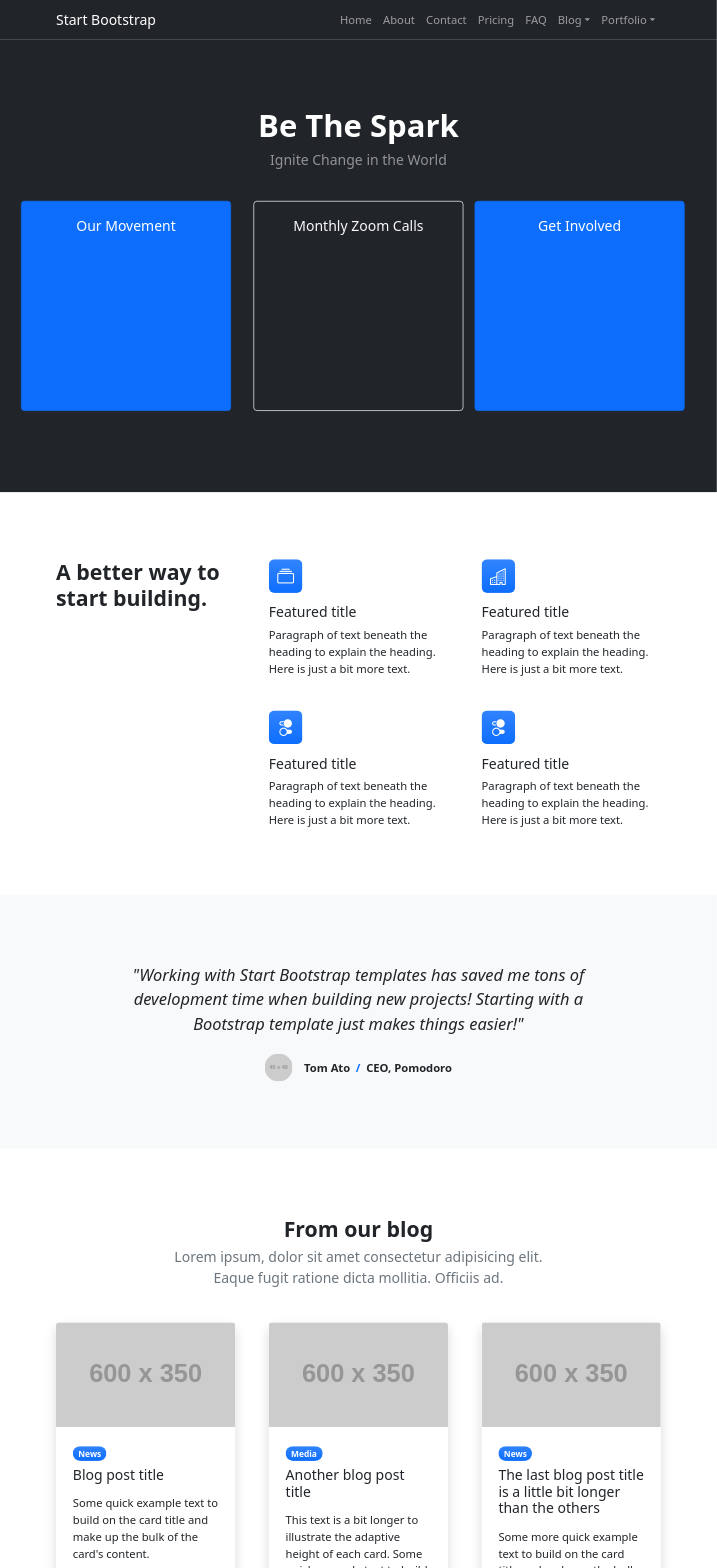
Repository: DragonFruit8/BeTheSpark
Page: index.html
An editor plug-in stored every save of this project. The page is shown before and after the next save, followed by the edit.
The browser window is 1024 px wide. The pictures show the part of the page from y = 0 to 2240 px (the page is 2953 px tall before and 3705 px after), at 70% of full size.

Above is the page before, as saved 2024-01-05 08:22:34.

### index.html
<!DOCTYPE html>
<html lang="en">
    <head>
        <meta charset="utf-8" />
        <meta name="viewport" content="width=device-width, initial-scale=1, shrink-to-fit=no" />
        <meta name="description" content="" />
        <meta name="author" content="" />
        <title>Modern Business - Start Bootstrap Template</title>
        <!-- Favicon-->
        <link rel="icon" type="image/x-icon" href="assets/favicon.ico" />
        <!-- Bootstrap icons-->
        <link href="https://cdn.jsdelivr.net/npm/bootstrap-icons@1.5.0/font/bootstrap-icons.css" rel="stylesheet" />
        <!-- Core theme CSS (includes Bootstrap)-->
        <link href="css/styles.css" rel="stylesheet" />
        <link href="css/home.css" rel="stylesheet" />
    </head>
    <body class="d-flex flex-column h-100">
        <main class="flex-shrink-0">
            <!-- Navigation-->
            <nav class="navbar navbar-expand-lg navbar-dark bg-dark">
                <div class="container px-5">
                    <a class="navbar-brand" href="index.html">Start Bootstrap</a>
                    <button class="navbar-toggler" type="button" data-bs-toggle="collapse" data-bs-target="#navbarSupportedContent" aria-controls="navbarSupportedContent" aria-expanded="false" aria-label="Toggle navigation"><span class="navbar-toggler-icon"></span></button>
                    <div class="collapse navbar-collapse" id="navbarSupportedContent">
                        <ul class="navbar-nav ms-auto mb-2 mb-lg-0">
                            <li class="nav-item"><a class="nav-link" href="index.html">Home</a></li>
                            <li class="nav-item"><a class="nav-link" href="about.html">About</a></li>
                            <li class="nav-item"><a class="nav-link" href="contact.html">Contact</a></li>
                            <li class="nav-item"><a class="nav-link" href="pricing.html">Pricing</a></li>
                            <li class="nav-item"><a class="nav-link" href="faq.html">FAQ</a></li>
                            <li class="nav-item dropdown">
                                <a class="nav-link dropdown-toggle" id="navbarDropdownBlog" href="#" role="button" data-bs-toggle="dropdown" aria-expanded="false">Blog</a>
                                <ul class="dropdown-menu dropdown-menu-end" aria-labelledby="navbarDropdownBlog">
                                    <li><a class="dropdown-item" href="blog-home.html">Blog Home</a></li>
                                    <li><a class="dropdown-item" href="blog-post.html">Blog Post</a></li>
                                </ul>
                            </li>
                            <li class="nav-item dropdown">
                                <a class="nav-link dropdown-toggle" id="navbarDropdownPortfolio" href="#" role="button" data-bs-toggle="dropdown" aria-expanded="false">Portfolio</a>
                                <ul class="dropdown-menu dropdown-menu-end" aria-labelledby="navbarDropdownPortfolio">
                                    <li><a class="dropdown-item" href="portfolio-overview.html">Portfolio Overview</a></li>
                                    <li><a class="dropdown-item" href="portfolio-item.html">Portfolio Item</a></li>
                                </ul>
                            </li>
                        </ul>
                    </div>
                </div>
            </nav>
            <!-- Header-->
            <header class="bg-dark py-5">
                <div class="container px-5">
                    <div class="row gx-5 align-items-center justify-content-center">
                        <div class="col-lg-8 col-xl-7 col-xxl-6">
                            <div class="my-5 text-center text-xl-start">
                                <h1 class="display-5 fw-bolder text-white mb-2">Be The Spark</h1>
                                <p class="lead fw-normal text-white-50 mb-4">Ignite Change in the World</p>
                                <div id="CTA" class="d-grid gap-3 d-sm-flex justify-content-sm-center justify-content-xl-start">
                                    <a class="btn btn-primary w-100 h-100 btn-lg px-4 me-sm-3" href="#features">Our Movement</a>
                                    <a class="btn btn-outline-light w-100 h-100 btn-lg px-4" href="#!">Monthly Zoom Calls</a>
                                    <a class="btn btn-primary btn-lg w-100 h-100 px-4 me-sm-3" href="#features">Get Involved </a>
                                </div>
                            </div>
                        </div>
                        <div class="col-xl-5 col-xxl-6 d-none d-xl-block text-center"><img class="img-fluid rounded-3 my-5" src="https://dummyimage.com/600x400/343a40/6c757d" alt="..." /></div>
                    </div>
                </div>
            </header>
            <!-- Features section-->
            <section class="py-5" id="features">
                <div class="container px-5 my-5">
                    <div class="row gx-5">
                        <div class="col-lg-4 mb-5 mb-lg-0"><h2 class="fw-bolder mb-0">A better way to start building.</h2></div>
                        <div class="col-lg-8">
                            <div class="row gx-5 row-cols-1 row-cols-md-2">
                                <div class="col mb-5 h-100">
                                    <div class="feature bg-primary bg-gradient text-white rounded-3 mb-3"><i class="bi bi-collection"></i></div>
                                    <h2 class="h5">Featured title</h2>
                                    <p class="mb-0">Paragraph of text beneath the heading to explain the heading. Here is just a bit more text.</p>
                                </div>
                                <div class="col mb-5 h-100">
                                    <div class="feature bg-primary bg-gradient text-white rounded-3 mb-3"><i class="bi bi-building"></i></div>
                                    <h2 class="h5">Featured title</h2>
                                    <p class="mb-0">Paragraph of text beneath the heading to explain the heading. Here is just a bit more text.</p>
                                </div>
                                <div class="col mb-5 mb-md-0 h-100">
                                    <div class="feature bg-primary bg-gradient text-white rounded-3 mb-3"><i class="bi bi-toggles2"></i></div>
                                    <h2 class="h5">Featured title</h2>
                                    <p class="mb-0">Paragraph of text beneath the heading to explain the heading. Here is just a bit more text.</p>
                                </div>
                                <div class="col h-100">
                                    <div class="feature bg-primary bg-gradient text-white rounded-3 mb-3"><i class="bi bi-toggles2"></i></div>
                                    <h2 class="h5">Featured title</h2>
                                    <p class="mb-0">Paragraph of text beneath the heading to explain the heading. Here is just a bit more text.</p>
                                </div>
                            </div>
                        </div>
                    </div>
                </div>
            </section>
            <!-- Testimonial section-->
            <div class="py-5 bg-light">
                <div class="container px-5 my-5">
                    <div class="row gx-5 justify-content-center">
                        <div class="col-lg-10 col-xl-7">
                            <div class="text-center">
                                <div class="fs-4 mb-4 fst-italic">"Working with Start Bootstrap templates has saved me tons of development time when building new projects! Starting with a Bootstrap template just makes things easier!"</div>
                                <div class="d-flex align-items-center justify-content-center">
                                    <img class="rounded-circle me-3" src="https://dummyimage.com/40x40/ced4da/6c757d" alt="..." />
                                    <div class="fw-bold">
                                        Tom Ato
                                        <span class="fw-bold text-primary mx-1">/</span>
                                        CEO, Pomodoro
                                    </div>
                                </div>
                            </div>
                        </div>
                    </div>
                </div>
            </div>
            <!-- Blog preview section-->
            <section class="py-5">
                <div class="container px-5 my-5">
                    <div class="row gx-5 justify-content-center">
                        <div class="col-lg-8 col-xl-6">
                            <div class="text-center">
                                <h2 class="fw-bolder">From our blog</h2>
                                <p class="lead fw-normal text-muted mb-5">Lorem ipsum, dolor sit amet consectetur adipisicing elit. Eaque fugit ratione dicta mollitia. Officiis ad.</p>
                            </div>
                        </div>
                    </div>
                    <div class="row gx-5">
                        <div class="col-lg-4 mb-5">
                            <div class="card h-100 shadow border-0">
                                <img class="card-img-top" src="https://dummyimage.com/600x350/ced4da/6c757d" alt="..." />
                                <div class="card-body p-4">
                                    <div class="badge bg-primary bg-gradient rounded-pill mb-2">News</div>
                                    <a class="text-decoration-none link-dark stretched-link" href="#!"><h5 class="card-title mb-3">Blog post title</h5></a>
                                    <p class="card-text mb-0">Some quick example text to build on the card title and make up the bulk of the card's content.</p>
                                </div>
                                <div class="card-footer p-4 pt-0 bg-transparent border-top-0">
                                    <div class="d-flex align-items-end justify-content-between">
                                        <div class="d-flex align-items-center">
                                            <img class="rounded-circle me-3" src="https://dummyimage.com/40x40/ced4da/6c757d" alt="..." />
                                            <div class="small">
                                                <div class="fw-bold">Kelly Rowan</div>
                                                <div class="text-muted">March 12, 2023 &middot; 6 min read</div>
                                            </div>
                                        </div>
                                    </div>
                                </div>
                            </div>
                        </div>
                        <div class="col-lg-4 mb-5">
                            <div class="card h-100 shadow border-0">
                                <img class="card-img-top" src="https://dummyimage.com/600x350/adb5bd/495057" alt="..." />
                                <div class="card-body p-4">
                                    <div class="badge bg-primary bg-gradient rounded-pill mb-2">Media</div>
                                    <a class="text-decoration-none link-dark stretched-link" href="#!"><h5 class="card-title mb-3">Another blog post title</h5></a>
                                    <p class="card-text mb-0">This text is a bit longer to illustrate the adaptive height of each card. Some quick example text to build on the card title and make up the bulk of the card's content.</p>
                                </div>
                                <div class="card-footer p-4 pt-0 bg-transparent border-top-0">
                                    <div class="d-flex align-items-end justify-content-between">
                                        <div class="d-flex align-items-center">
                                            <img class="rounded-circle me-3" src="https://dummyimage.com/40x40/ced4da/6c757d" alt="..." />
                                            <div class="small">
                                                <div class="fw-bold">Josiah Barclay</div>
                                                <div class="text-muted">March 23, 2023 &middot; 4 min read</div>
                                            </div>
                                        </div>
                                    </div>
                                </div>
                            </div>
                        </div>
                        <div class="col-lg-4 mb-5">
                            <div class="card h-100 shadow border-0">
                                <img class="card-img-top" src="https://dummyimage.com/600x350/6c757d/343a40" alt="..." />
                                <div class="card-body p-4">
                                    <div class="badge bg-primary bg-gradient rounded-pill mb-2">News</div>
                                    <a class="text-decoration-none link-dark stretched-link" href="#!"><h5 class="card-title mb-3">The last blog post title is a little bit longer than the others</h5></a>
                                    <p class="card-text mb-0">Some more quick example text to build on the card title and make up the bulk of the card's content.</p>
                                </div>
                                <div class="card-footer p-4 pt-0 bg-transparent border-top-0">
                                    <div class="d-flex align-items-end justify-content-between">
                                        <div class="d-flex align-items-center">
                                            <img class="rounded-circle me-3" src="https://dummyimage.com/40x40/ced4da/6c757d" alt="..." />
                                            <div class="small">
                                                <div class="fw-bold">Evelyn Martinez</div>
                                                <div class="text-muted">April 2, 2023 &middot; 10 min read</div>
                                            </div>
                                        </div>
                                    </div>
                                </div>
                            </div>
                        </div>
                    </div>
                    <!-- Call to action-->
                    <aside class="bg-primary bg-gradient rounded-3 p-4 p-sm-5 mt-5">
                        <div class="d-flex align-items-center justify-content-between flex-column flex-xl-row text-center text-xl-start">
                            <div class="mb-4 mb-xl-0">
                                <div class="fs-3 fw-bold text-white">New products, delivered to you.</div>
                                <div class="text-white-50">Sign up for our newsletter for the latest updates.</div>
                            </div>
                            <div class="ms-xl-4">
                                <div class="input-group mb-2">
                                    <input class="form-control" type="text" placeholder="Email address..." aria-label="Email address..." aria-describedby="button-newsletter" />
                                    <button class="btn btn-outline-light" id="button-newsletter" type="button">Sign up</button>
                                </div>
                                <div class="small text-white-50">We care about privacy, and will never share your data.</div>
                            </div>
                        </div>
                    </aside>
                </div>
            </section>
        </main>
        <!-- Footer-->
        <footer class="bg-dark py-4 mt-auto">
            <div class="container px-5">
                <div class="row align-items-center justify-content-between flex-column flex-sm-row">
                    <div class="col-auto"><div class="small m-0 text-white">Copyright &copy; Your Website 2023</div></div>
                    <div class="col-auto">
                        <a class="link-light small" href="#!">Privacy</a>
                        <span class="text-white mx-1">&middot;</span>
                        <a class="link-light small" href="#!">Terms</a>
                        <span class="text-white mx-1">&middot;</span>
                        <a class="link-light small" href="#!">Contact</a>
                    </div>
                </div>
            </div>
        </footer>
        <!-- Bootstrap core JS-->
        <script src="https://cdn.jsdelivr.net/npm/bootstrap@5.2.3/dist/js/bootstrap.bundle.min.js"></script>
        <!-- Core theme JS-->
        <script src="js/scripts.js"></script>
    </body>
</html>

### css/home.css
#CTA a{
    display: flex;
    min-height:300px;
    min-width: 300px;
    padding: 20px;
    margin-top: 20px;
    margin-bottom: 20px;
    border-radius: 5px;
}

@media (max-width: 1080px) {
    #CTA a{
        display: flex;
        flex-direction: column;
        min-height:300px;
        min-width: 300px;
        padding: 20px;
        margin-top: 20px;
        margin-bottom: 20px;
        border-radius: 5px;
    }

}

@media (min-width: 1080px) {
    #CTA a{
        display: inline-flex;
        flex-direction: row;
        min-height:100px;
        min-width: 200px;
        margin-top: 20px;
        margin-bottom: 20px;
        border-radius: 5px;
    }
}

Loaded but not shown: css/styles.css (library); js/scripts.js (common file)

After the next save:
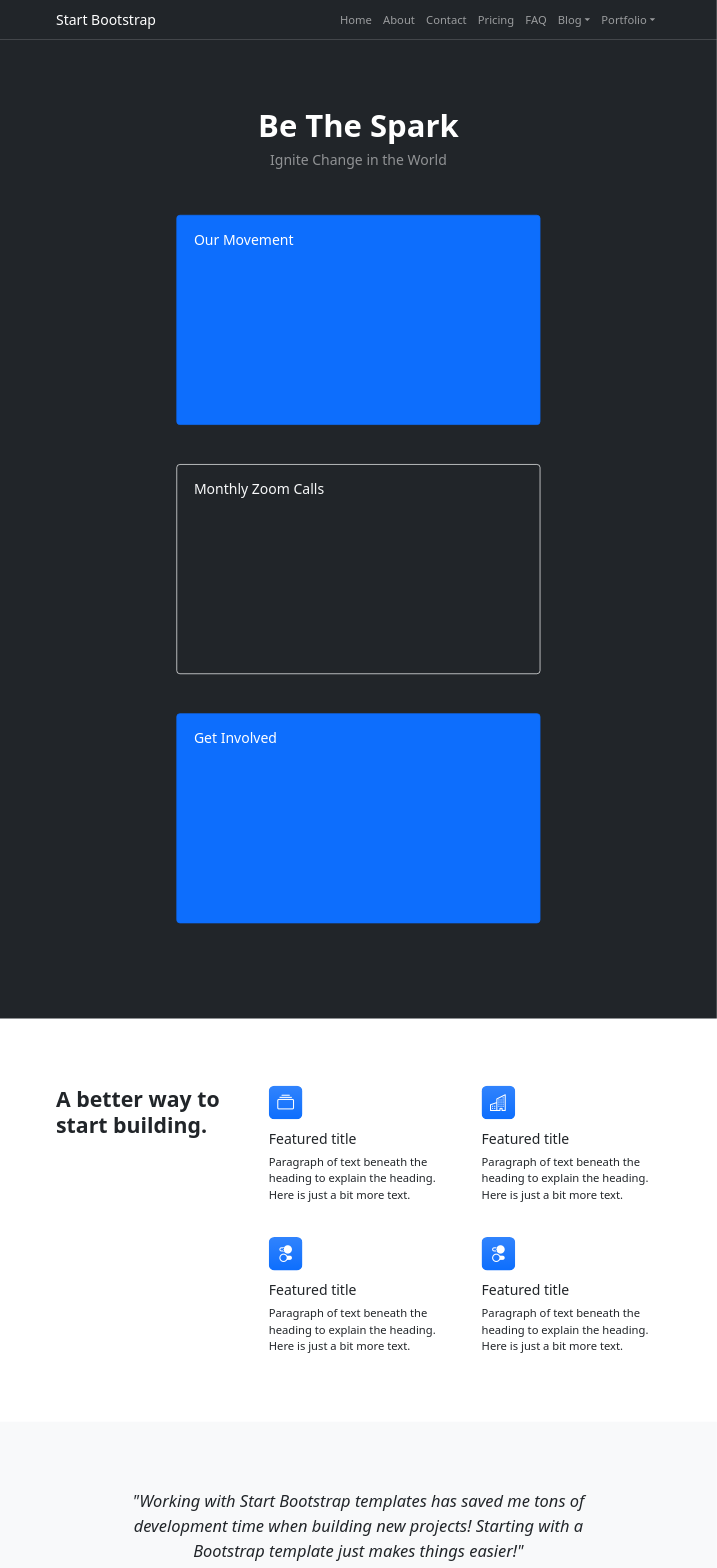
Saved 4 s later.
--- a/css/home.css
+++ b/css/home.css
@@ -9,7 +9,7 @@
 }
 
 @media (max-width: 1080px) {
-    #CTA a{
+    #CTA {
         display: flex;
         flex-direction: column;
         min-height:300px;
